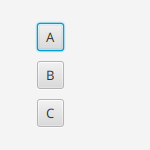
Repository: felip3sp/curso-java-completo-udemy
Program's window: java exercicios-javafx/src/basico/PrimeiroFX.java
These files come from the project's save history. The program's window is drawn as it stood at one moment and after the next save; the edit follows.
It runs on Java 21 on a 1366 x 768 screen with JavaFX 11; the title bar is not drawn.

Above is the program's window before, as saved 2022-10-10 20:29:40.

After the next save:
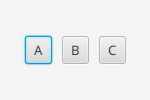
Saved 3 min 19 s later.
--- a/exercicios-javafx/src/basico/PrimeiroFX.java
+++ b/exercicios-javafx/src/basico/PrimeiroFX.java
@@ -4,7 +4,7 @@
 import javafx.geometry.Pos;
 import javafx.scene.Scene;
 import javafx.scene.control.Button;
-import javafx.scene.layout.VBox;
+import javafx.scene.layout.HBox;
 import javafx.stage.Stage;
 
 public class PrimeiroFX extends Application {
@@ -16,14 +16,18 @@
 		Button botaoB = new Button("B");
 		Button botaoC = new Button("C");
 
-		VBox box = new VBox();
+		botaoA.setOnAction(e -> System.out.println("A"));
+		botaoB.setOnAction(e -> System.out.println("B"));
+		botaoC.setOnAction(e -> System.exit(0));
+
+		HBox box = new HBox();
 		box.setAlignment(Pos.CENTER);
 		box.setSpacing(10);
 		box.getChildren().add(botaoA);
 		box.getChildren().add(botaoB);
 		box.getChildren().add(botaoC);
 
-		Scene unicaCena = new Scene(box, 100, 150);
+		Scene unicaCena = new Scene(box, 150, 100);
 
 		primaryStage.setScene(unicaCena);
 		primaryStage.show();
